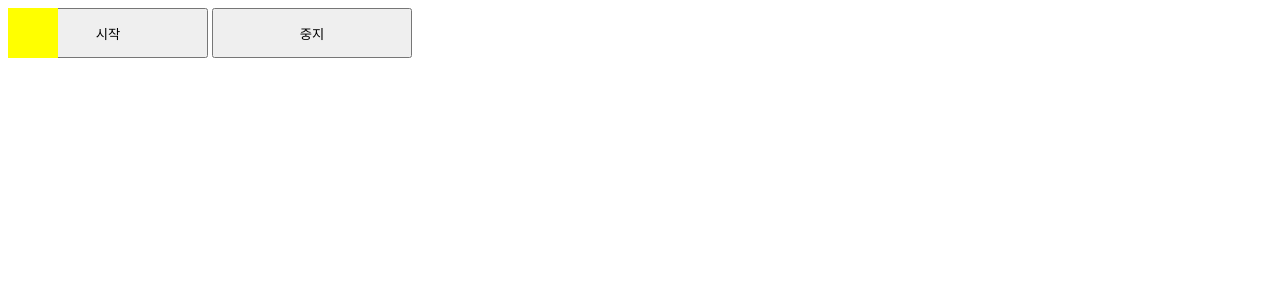
Repository: IreneCho/sk
Page: jqueryTest/WebContent/20160816/animation.html
An editor plug-in stored every save of this project. The page is shown before and after the next save, followed by the edit.
The browser window is 1280 px wide. The pictures show the whole page.

Above is the page before, as saved 2016-08-16 07:49:13.

### jqueryTest/WebContent/20160816/animation.html

<!DOCTYPE html>
<html>
	<head>
	<meta charset="EUC-KR">
	<title>Insert title here</title>
	<style>

		button{
			width: 200px;
			height: 50px;
		}

		.mydiv{
		position: absolute;
		width: 50px;
		height: 50px;
		background-color: yellow;
	}

	</style>
	<script>

	function fn(){
		my = setInterval( wan, 1000 )
	}
	nCnt = 0
	function wan(){

		if( nCnt == 4){
			nCnt = 0
			$(".mydiv").animate({"left":"+=5px"}, "slow");}
		/* else if(){
			$("#mydiv").animate({"left":"+=5px"}, "slow");} */

		nCnt++
	}

	function fn1(){
		clearInterval(my)
	}

	</script>
	</head>
	<body>

				<div class="mydiv"></div>


				<button onclick="fn()">시작</button>
				<button onclick="fn1()">중지</button>


	</body>
</html>

After the next save:
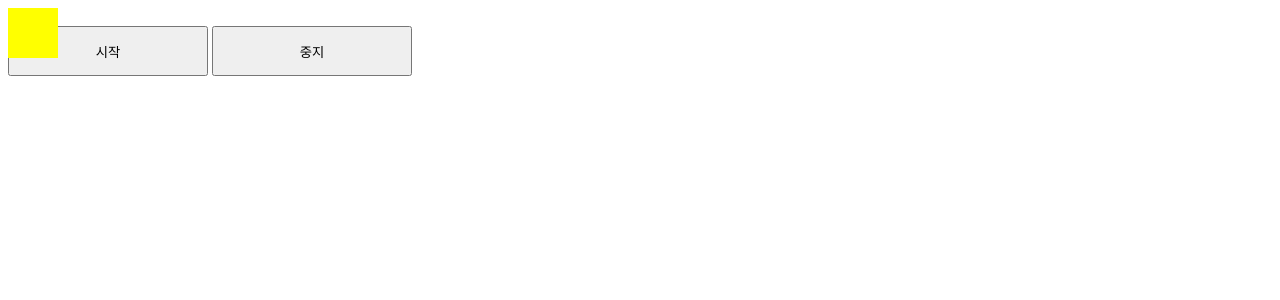
Saved 27 s later.
--- a/jqueryTest/WebContent/20160816/animation.html
+++ b/jqueryTest/WebContent/20160816/animation.html
@@ -44,7 +44,7 @@
 	</head>
 	<body>
 
-				<div class="mydiv"></div>
+				<div class="mydiv"></div><br>
 
 
 				<button onclick="fn()">시작</button>
